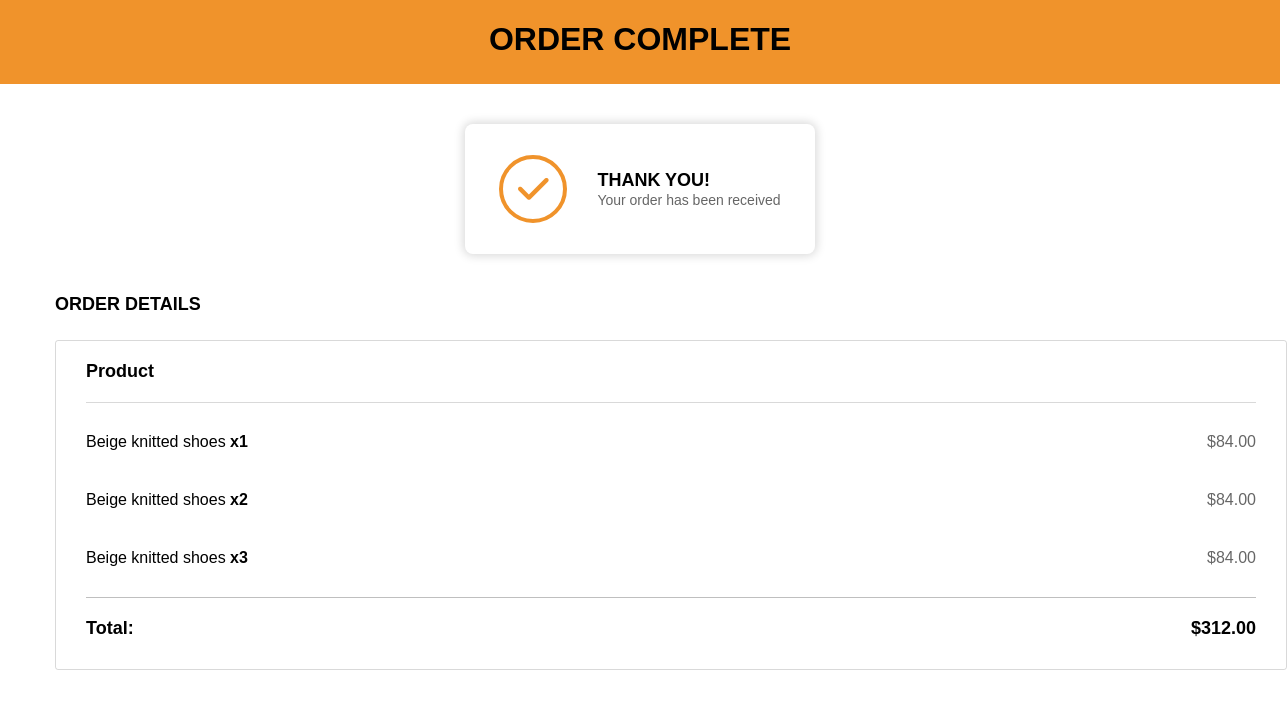
Repository: NguyenDucHung20002/project-homev1
Page: checkout/checkout.html
The author's editor kept a copy of each file at every save. The page is drawn from the files as they stood at one save, then again after the next save.
The browser window is 1280 px wide. The page is 1287 px wide, so the pictures cover 1287 px, including what lies to the right of the window. The pictures show the whole page.
The style sheet was rebuilt from its Sass, Less or Tailwind sources for each picture, by a compiler version that may differ from the author's.

Above is the page before, as saved 2022-09-20 10:27:40.

### checkout/checkout.html
<!DOCTYPE html>
<html lang="en">

<head>
    <meta charset="UTF-8">
    <meta http-equiv="X-UA-Compatible" content="IE=edge">
    <meta name="viewport" content="width=device-width, initial-scale=1.0">
    <!-- <link rel="stylesheet" href="../reset.css"> -->
    <link rel="stylesheet" href="../fontawesome-free-6.1.2-web/css/all.min.css">
    <link rel="stylesheet" href="../dist/css/checkout.css">
    <title>Document</title>
    <link rel="icon" href="/icon/favicon.png">
</head>

<body>
    <header>
        <h1>ORDER COMPLETE</h1>
    </header>

    <div class="content">
        <div class="container">
            <div class="thank-you">
                <i class="fa-solid fa-check"></i>
                <div class="title">
                    <span><strong>THANK YOU!</strong></span><br>
                    <span>Your order has been received</span>
                </div>
            </div>
            <span class="title-order-details"><strong>ORDER DETAILS</strong></span>
            <div class="order-details">
                <span class="title-product"><strong>Product</strong></span>
                <div class="cart-items">
                    <div class="items">
                        <span class="name-items">Beige knitted shoes <strong>x1</strong></span>
                        <span class="price-items">$84.00</span>
                    </div>
                    <div class="items">
                        <span class="name-items">Beige knitted shoes <strong>x2</strong></span>
                        <span class="price-items">$84.00</span>
                    </div>
                    <div class="items">
                        <span class="name-items">Beige knitted shoes <strong>x3</strong></span>
                        <span class="price-items">$84.00</span>
                    </div>
                </div>
                <div class="sub-total">
                    <span class="title-subtotal">Total:</span>
                    <span class="total-price">$312.00</span>
                </div>
            </div>
        </div>
    </div>

</body>

<script src="https://cdnjs.cloudflare.com/ajax/libs/jquery/3.6.0/jquery.min.js"
    integrity="sha512-894YE6QWD5I59HgZOGReFYm4dnWc1Qt5NtvYSaNcOP+u1T9qYdvdihz0PPSiiqn/+/3e7Jo4EaG7TubfWGUrMQ=="
    crossorigin="anonymous" referrerpolicy="no-referrer"></script>
<script src="./checkout.js"></script>

</html>

### checkout/checkout.js
// $(".btn-checkout").click((e) => {
//   e.preventDefault();
// });

### checkout/checkout.scss
* {
  font-family: "Poppins", sans-serif;
}
body {
  position: relative;
}
.container {
  margin: 0 auto;
  width: 1170px;
}
header {
  width: 100%;
  height: 84px;
  position: fixed;
  top: 0;
  left: 0;
  z-index: 10000;
  background-color: #f0932b;
  h1 {
    text-align: center;
  }
}
.content {
  .container {
    background-color: #ffffff;
    margin-top: 84px;
    padding: 40px 0px;
    .thank-you {
      display: flex;
      align-items: center;
      justify-content: center;
      width: 350px;
      height: 130px;
      margin: 0 auto;
      border-radius: 8px;
      box-shadow: 0px 0px 10px 2px rgba(0, 0, 0, 0.15);
      i {
        color: #f0932b;
        text-align: center;
        line-height: 60px;
        width: 60px;
        height: 60px;
        border: 4px solid #f0932b;
        border-radius: 50%;
        font-size: 35px;
        font-weight: bold;
        margin-right: 30px;
      }
      .title {
        span {
          font-size: 14px;
          color: #666;
        }
        strong {
          color: black;
          font-size: 18px;
        }
      }
    }
    .title-order-details {
      display: inline-block;
      margin: 40px 0px 25px;
      color: black;
      font-size: 18px;
    }
    .order-details {
      width: 100%;
      border-radius: 3px;
      padding: 20px 30px;
      border: 0.5px solid rgba(0, 0, 0, 0.15);
      .title-product {
        display: inline-block;
        width: 100%;
        font-size: 18px;
        font-weight: bold;
        padding-bottom: 20px;
        border-bottom: 0.5px solid rgba(0, 0, 0, 0.15);
      }
      .cart-items {
        padding: 10px 0px;
        .items {
          display: flex;
          align-items: center;
          justify-content: space-between;
          padding: 20px 0px;
          .name-items {
          }
          .price-items {
            color: #666;
          }
        }
      }
      .sub-total {
        display: flex;
        align-items: center;
        justify-content: space-between;
        padding: 20px 0px 10px;
        border-top: 1px solid rgba(0, 0, 0, 0.25);
        font-weight: bold;
        color: black;
        font-size: 18px;
        .title-subtotal {
        }
        .total-price {
        }
      }
    }
  }
}

Loaded but not shown: fontawesome-free-6.1.2-web/css/all.min.css (library)

After the next save:
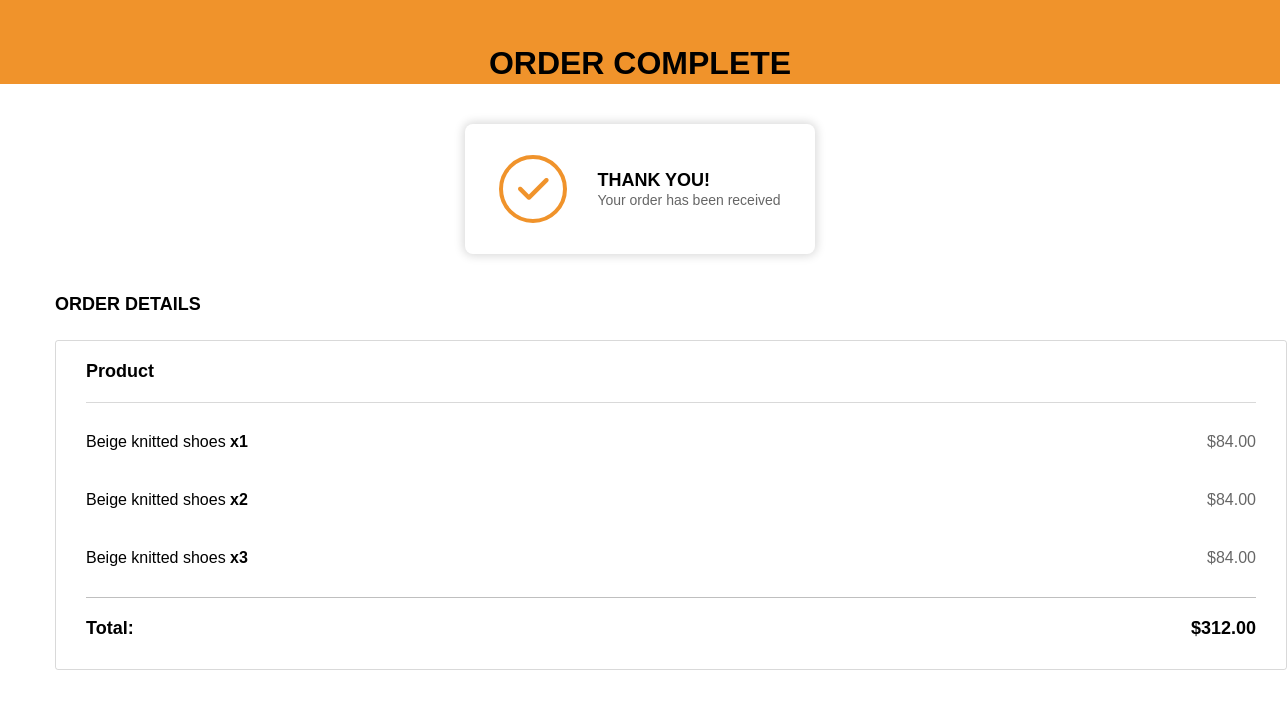
Saved 7 s later.
--- a/checkout/checkout.scss
+++ b/checkout/checkout.scss
@@ -18,6 +18,7 @@
   background-color: #f0932b;
   h1 {
     text-align: center;
+    line-height: 84px;
   }
 }
 .content {

After the save that followed:
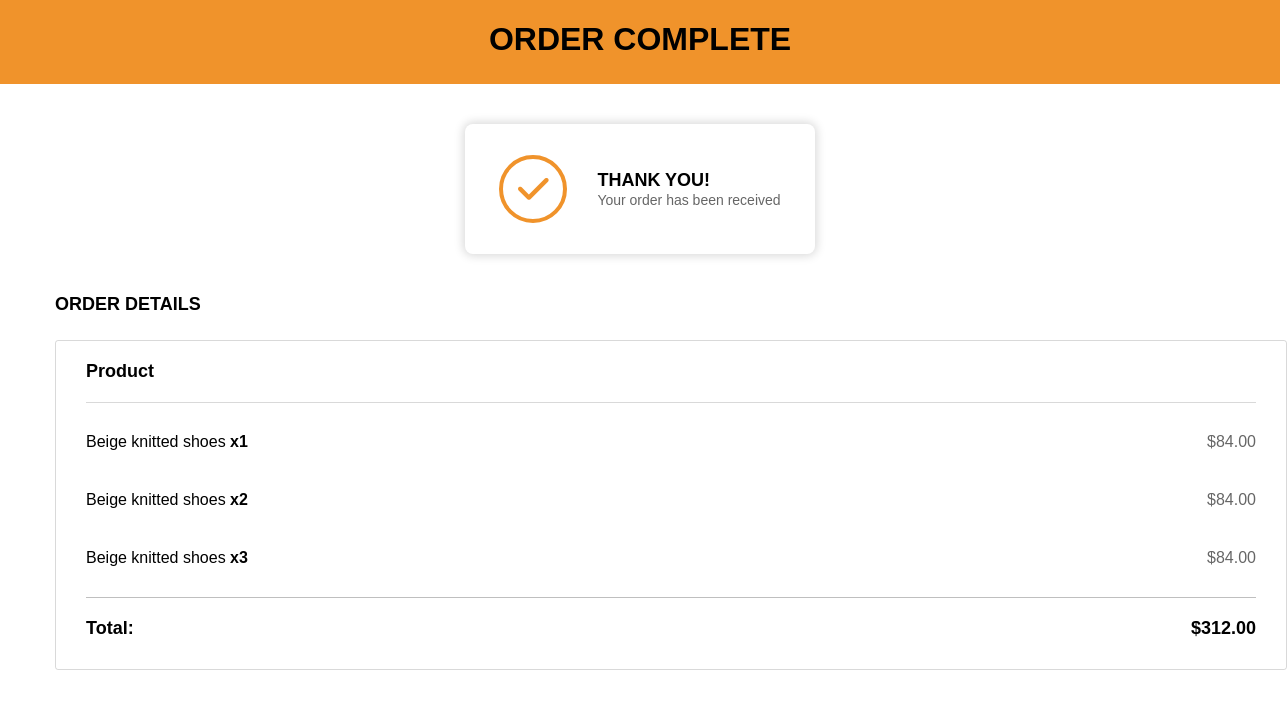
Saved 4 s later.
--- a/checkout/checkout.scss
+++ b/checkout/checkout.scss
@@ -18,7 +18,6 @@
   background-color: #f0932b;
   h1 {
     text-align: center;
-    line-height: 84px;
   }
 }
 .content {
